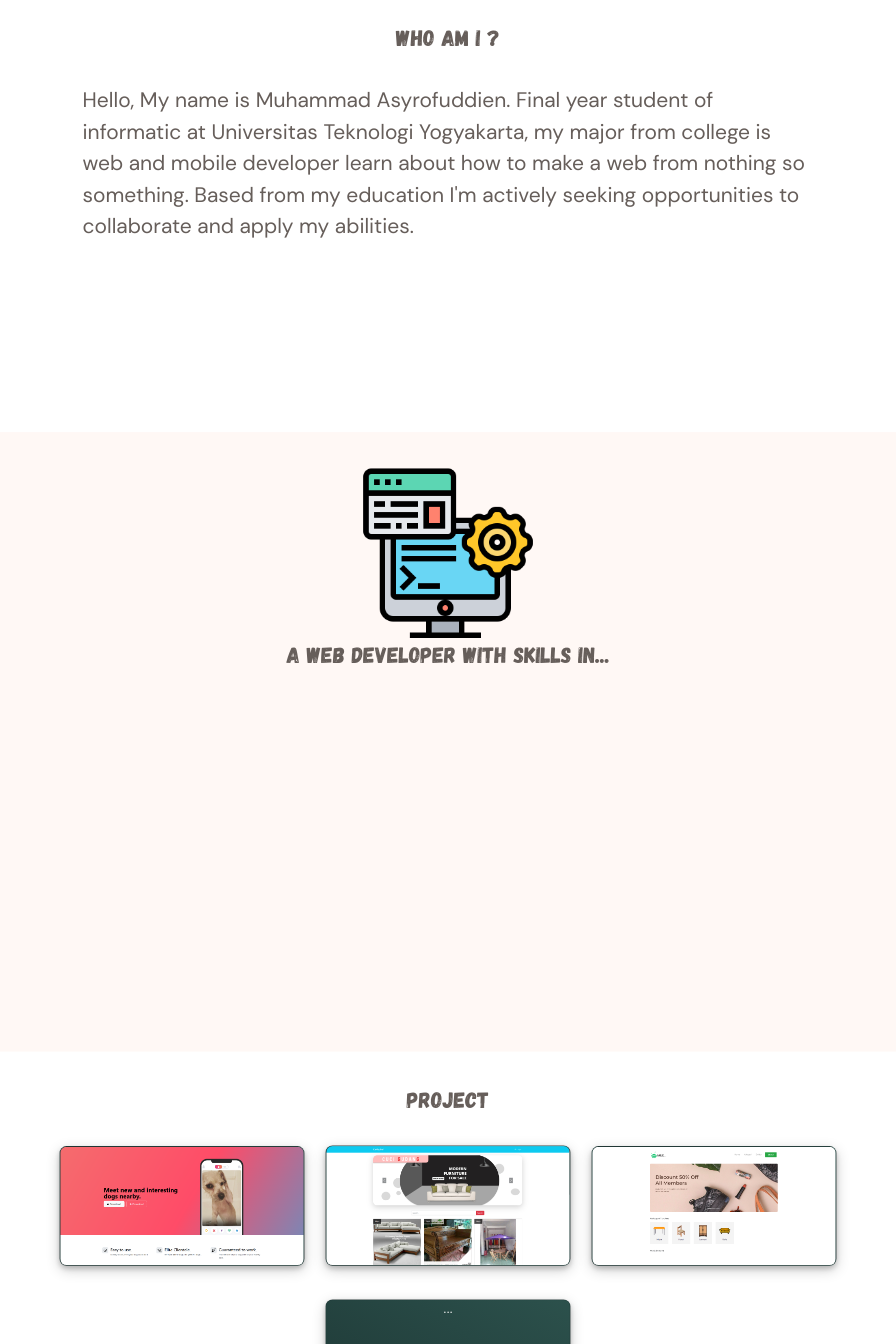
Repository: zetta-muhammad-asyrofuddien/Html-Css-ZettaCAmp
Page: Day1/Portofolio/index.html
The author's editor kept a copy of each file at every save. The page is drawn from the files as they stood at one save, then again after the next save.
The browser window is 1280 px wide. The pictures show the part of the page from y = 1195 to 3115 px (the page is 3583 px tall), at 70% of full size.

Above is the page before, as saved 2023-07-07 04:29:44.

After the next save:
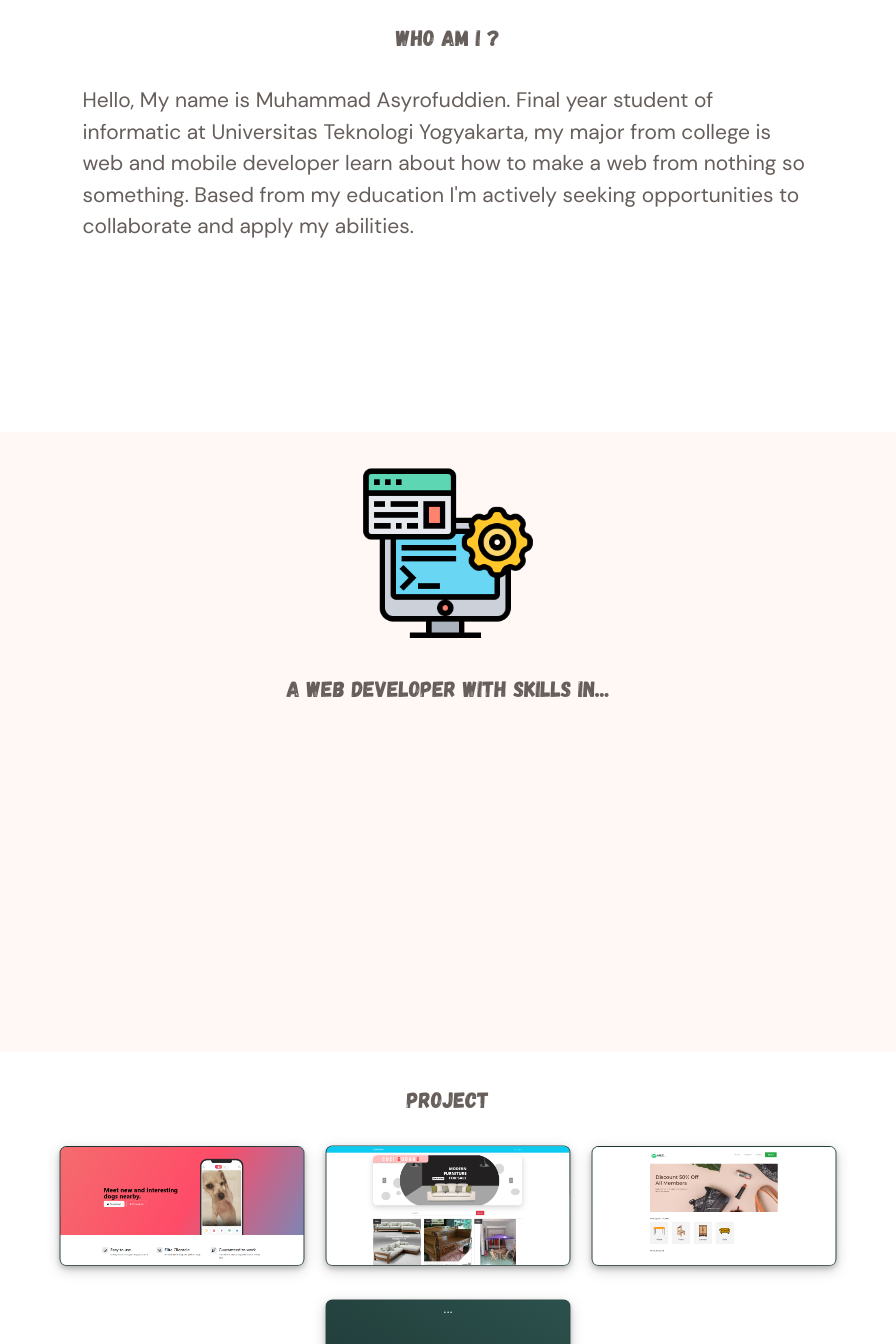
Saved 8 s later.
--- a/Day1/Portofolio/index.html
+++ b/Day1/Portofolio/index.html
@@ -72,7 +72,7 @@
         <div class="d-flex justify-content-center">
           <img class="mt-5" src="./asset/img/skill.png" alt="" width="250px" height="250px" />
         </div>
-        <h2 class="text-center">A WEB Developer with skills in...</h2>
+        <h2 class="text-center mt-5">A WEB Developer with skills in...</h2>
       </div>
     </section>
     <!-- Akhir Skill -->
